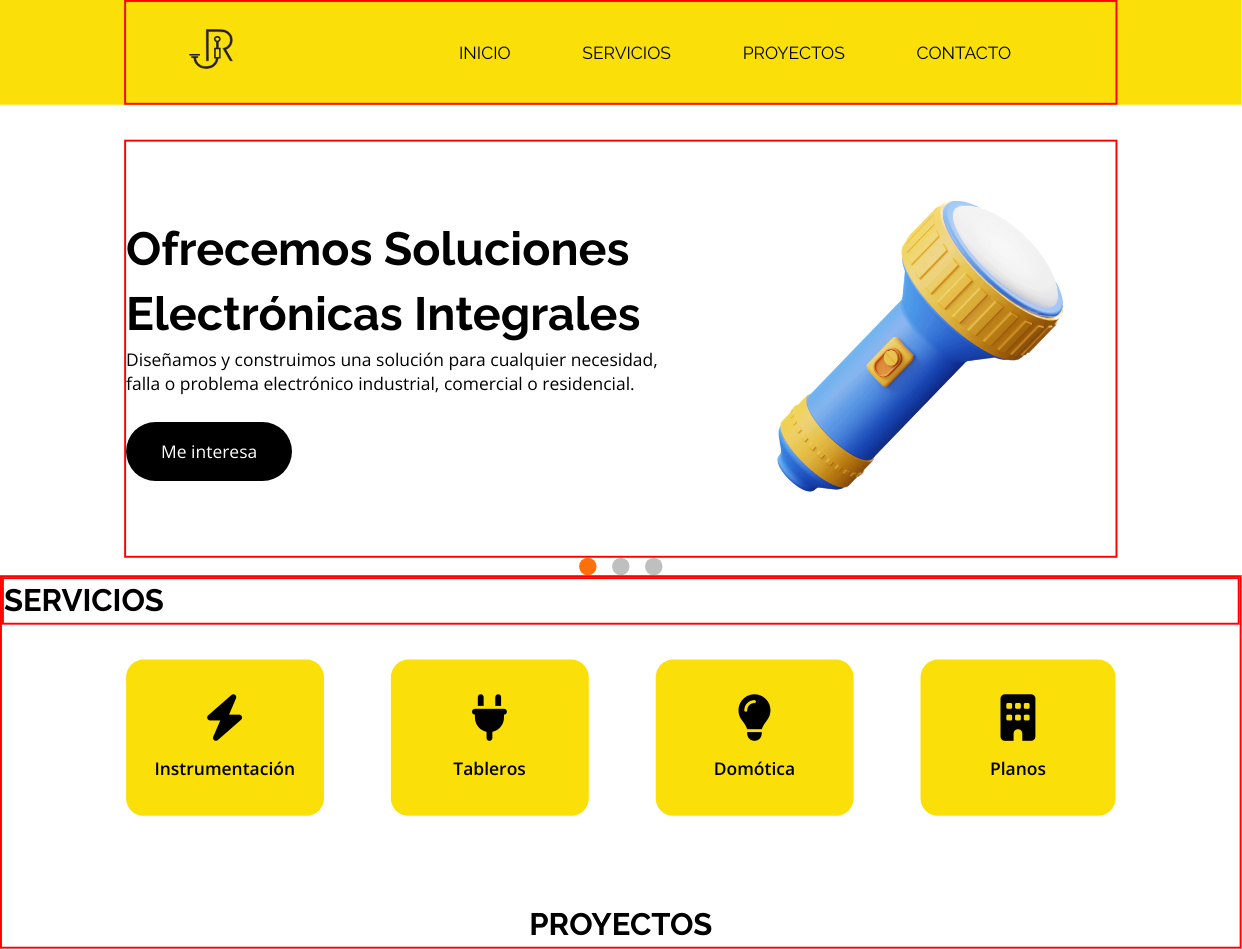
Repository: jeraldinnemg/rjelectronics
Page: index.html
The author's editor kept a copy of each file at every save. The page is drawn from the files as they stood at one save, then again after the next save.
The browser window is 1280 px wide. The pictures show the whole page, at 97% of full size.
Some web libraries are served in a nearby version.

Above is the page before, as saved 2022-08-03 21:10:58.

After the next save:
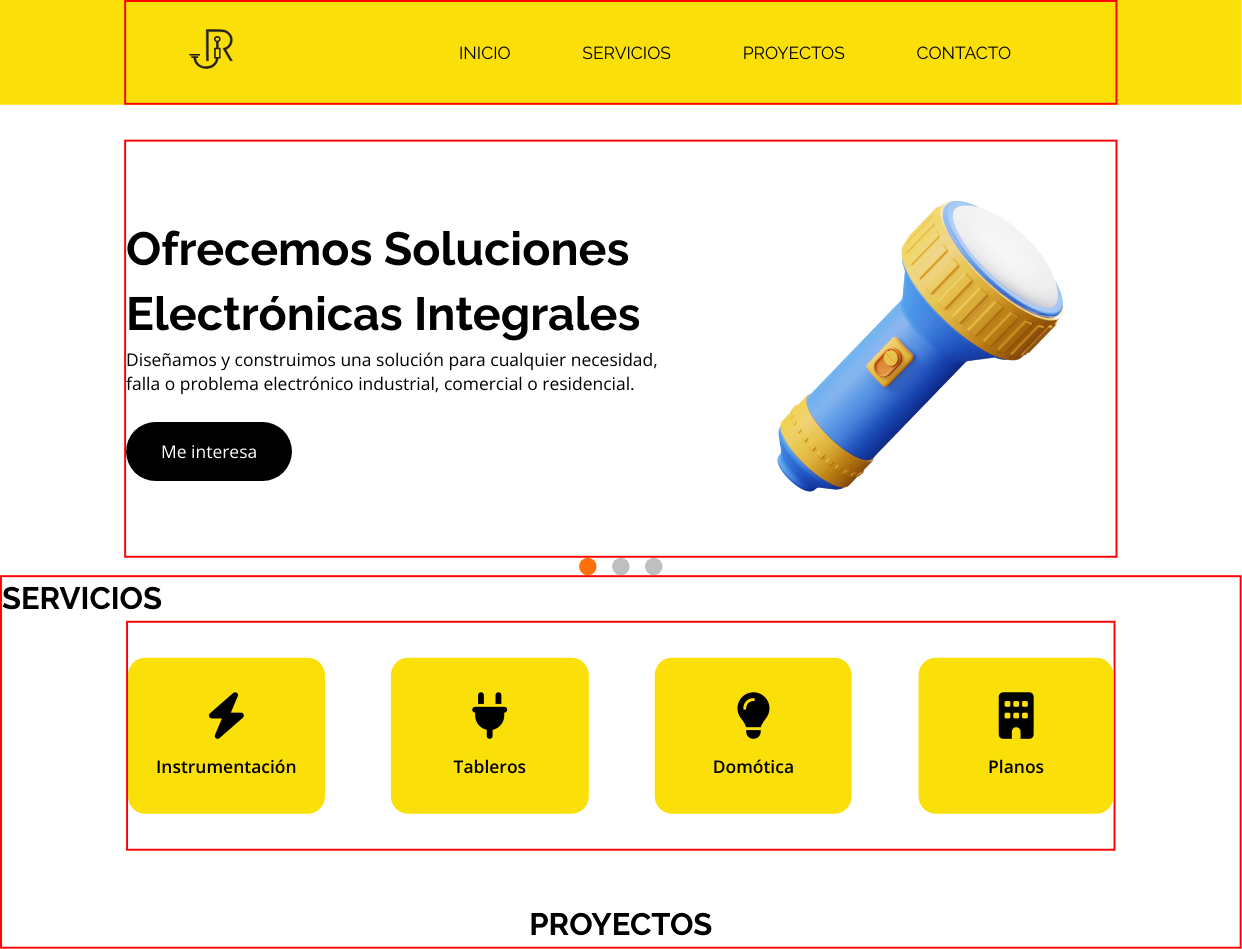
Saved 24 s later.
--- a/index.html
+++ b/index.html
@@ -83,8 +83,8 @@
         </div>
     </section>
     <main class="" style="border: 2px solid red">
-            <h2 class="ff-serif fs-600 uppercase" style="border: 2px solid red">Servicios</h2>
-            <div class="container row">
+            <h2 class="ff-serif fs-600 uppercase" >Servicios</h2>
+            <div class="container row" style="border: 2px solid red">
                 <article class="card flex">
                     <i class="fa-solid fa-bolt fs-700"></i>
                     <div class="card-body">
